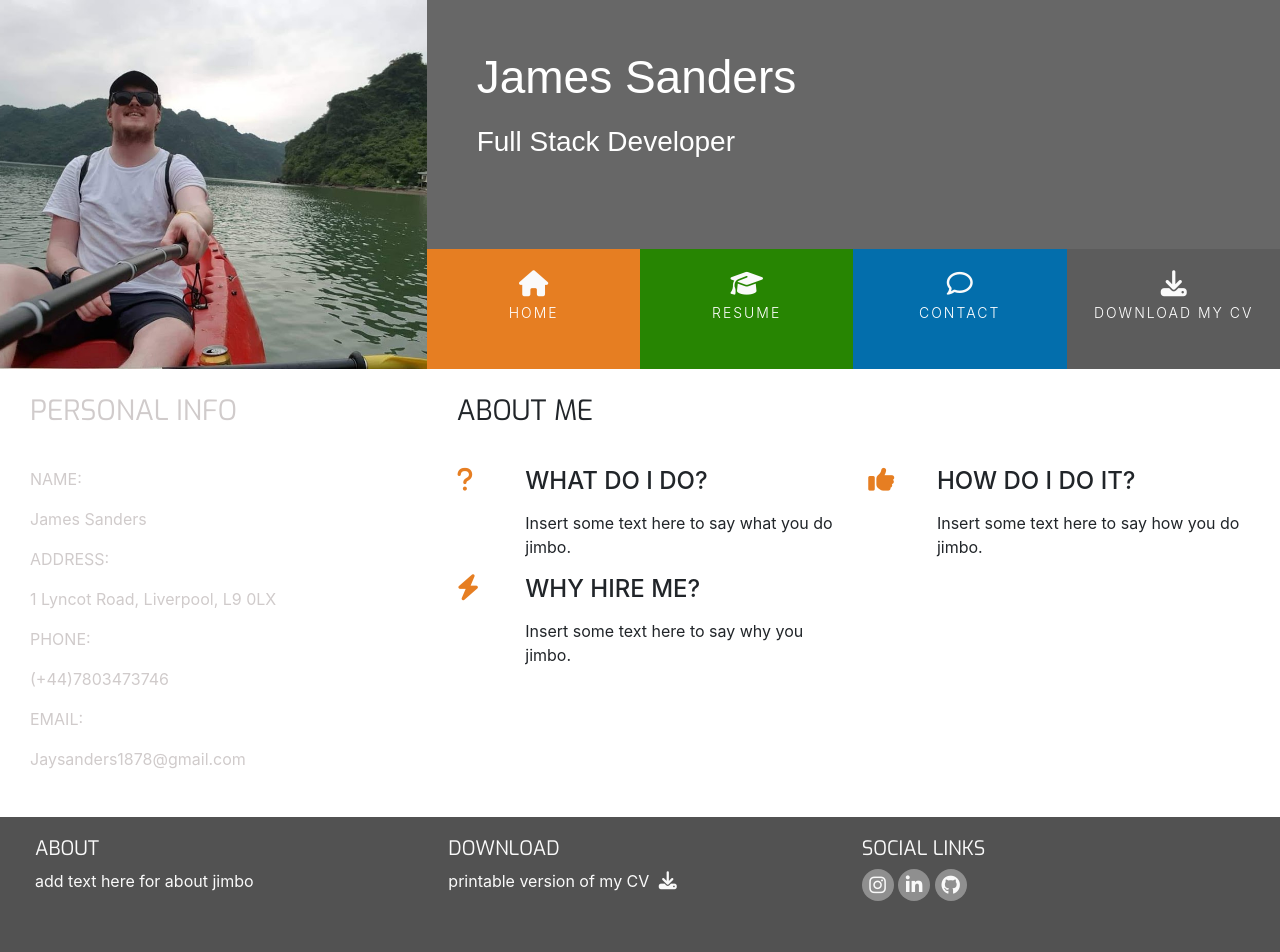
Repository: JaySanders95/my-online-resume
Page: index.html
An editor plug-in stored every save of this project. The page is shown before and after the next save, followed by the edit.
The browser window is 1280 px wide. The pictures show the whole page.
Some web fonts or font styles are not loaded; a fallback is used. Some web libraries are served in a nearby version.

Above is the page before, as saved 2023-04-19 21:17:49.

After the next save:
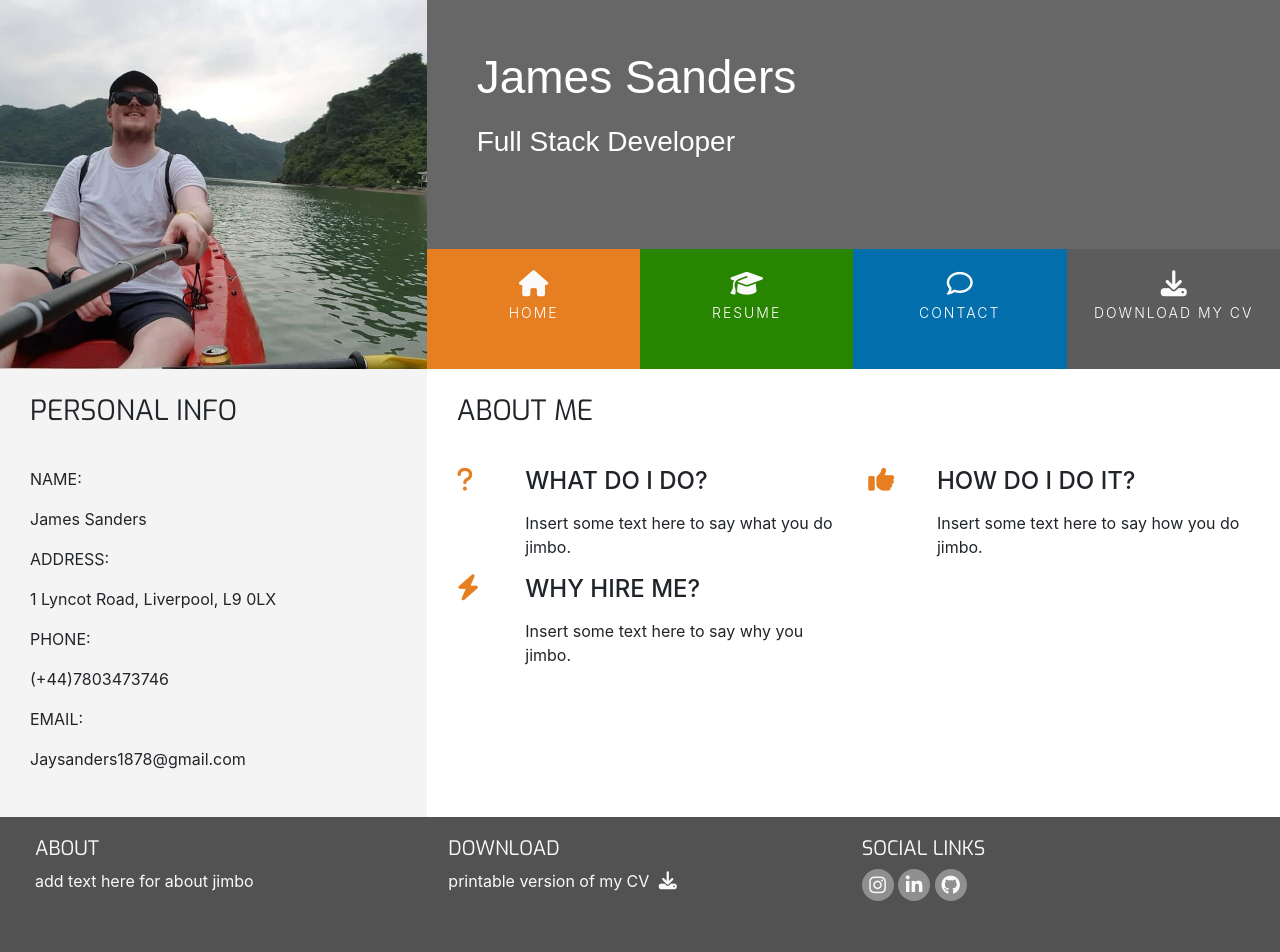
Saved 25 s later.
--- a/assets/css/style.css
+++ b/assets/css/style.css
@@ -12,7 +12,7 @@
 }
 
 .bg-color-personal-info {
-    color:#d0cbcb;
+    background-color:#f4f4f4;
 }
 
 .ui-menu-color-home {
